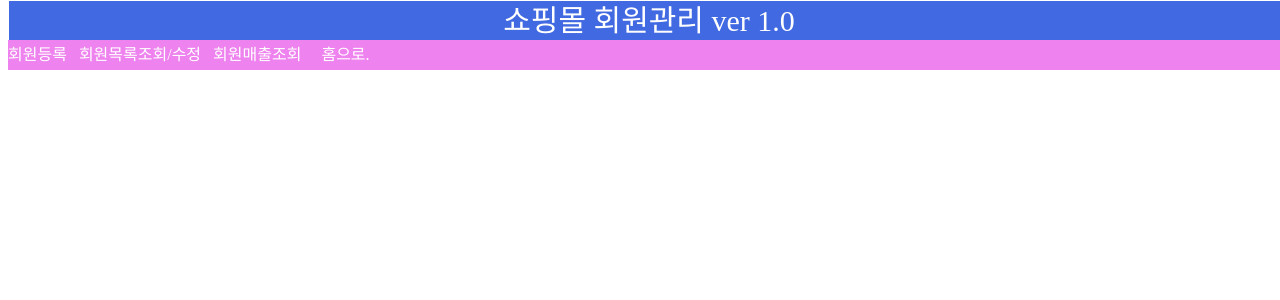
Repository: GotChun/license_practice
Page: http://localhost/HRD_8155/
An editor plug-in stored every save of this project. The page is shown before and after the next save, followed by the edit.
The browser window is 1280 px wide. The pictures show the whole page.
The page is served by Tomcat 9. Other server files are loaded and not shown.

Above is the page before, as saved 2025-02-18 14:18:15.

### HRD_8155/src/main/webapp/index.jsp
<%@ page language="java" contentType="text/html; charset=UTF-8"
    pageEncoding="UTF-8"%>
<!DOCTYPE html>
<html>
<head>
<meta charset="UTF-8">
<title>index</title>
</head>
<body>
	<header style=" position: fixed; top:0px; width: 100%; height:40px;
	 border:1px solid; background-color:royalblue; text-align: center; line-height:40px; font-size:30px; color:white;">쇼핑몰 회원관리 ver 1.0	</header>

	 <nav style="position:fixed; top:40px; width:100%; height:30px; line-height:30px; background-color:violet; color:white;">회원등록&nbsp;&nbsp;  회원목록조회/수정&nbsp;&nbsp;  회원매출조회&nbsp;&nbsp;&nbsp;&nbsp;  홈으로. </nav>
</body>
</html>

After the next save:
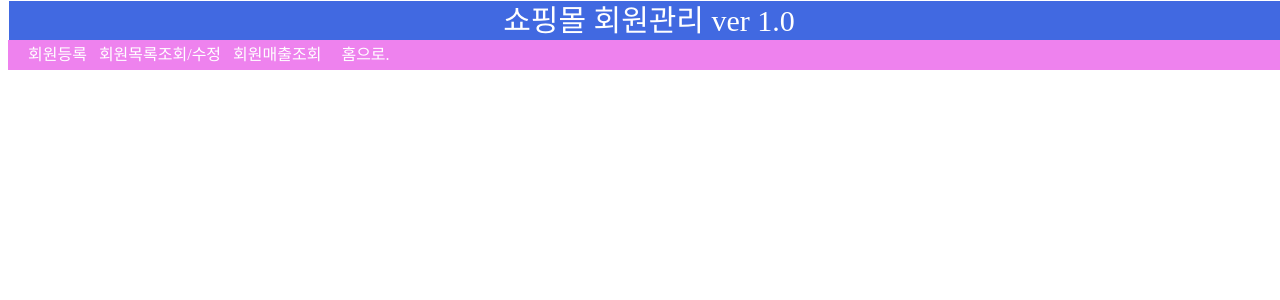
Saved 24 s later.
--- a/HRD_8155/src/main/webapp/index.jsp
+++ b/HRD_8155/src/main/webapp/index.jsp
@@ -10,6 +10,7 @@
 	<header style=" position: fixed; top:0px; width: 100%; height:40px;
 	 border:1px solid; background-color:royalblue; text-align: center; line-height:40px; font-size:30px; color:white;">쇼핑몰 회원관리 ver 1.0	</header>
 
-	 <nav style="position:fixed; top:40px; width:100%; height:30px; line-height:30px; background-color:violet; color:white;">회원등록&nbsp;&nbsp;  회원목록조회/수정&nbsp;&nbsp;  회원매출조회&nbsp;&nbsp;&nbsp;&nbsp;  홈으로. </nav>
+	 <nav style="position:fixed; top:40px; width:100%; height:30px; line-height:30px;
+	 background-color:violet; color:white; padding-left:20px;">회원등록&nbsp;&nbsp;  회원목록조회/수정&nbsp;&nbsp;  회원매출조회&nbsp;&nbsp;&nbsp;&nbsp;  홈으로. </nav>
 </body>
 </html>
